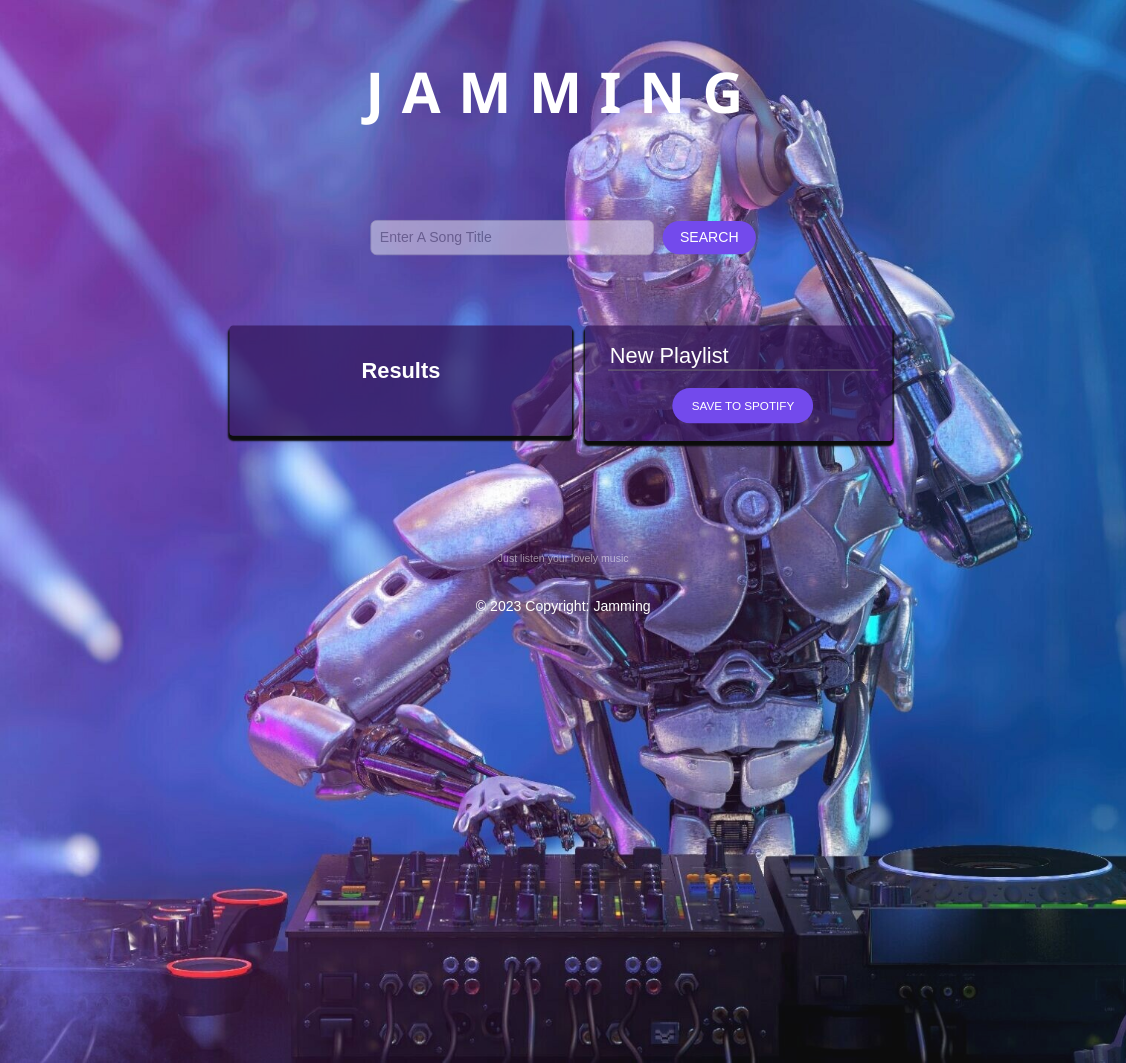
Repository: LolaSL/jamming
Page: /
The author's editor kept a copy of each file at every save. The page is drawn from the files as they stood at one save, then again after the next save.
The browser window is 1280 px wide. The pictures show the whole page, at 88% of full size.
The project was rebuilt for these pictures with package versions that can differ from the ones it lists, and the page was loaded fresh each time. Also part of the build but not shown: src/components/Track/Track.jsx.

Above is the page before, as saved 2023-06-23 19:57:48.

After the next save:
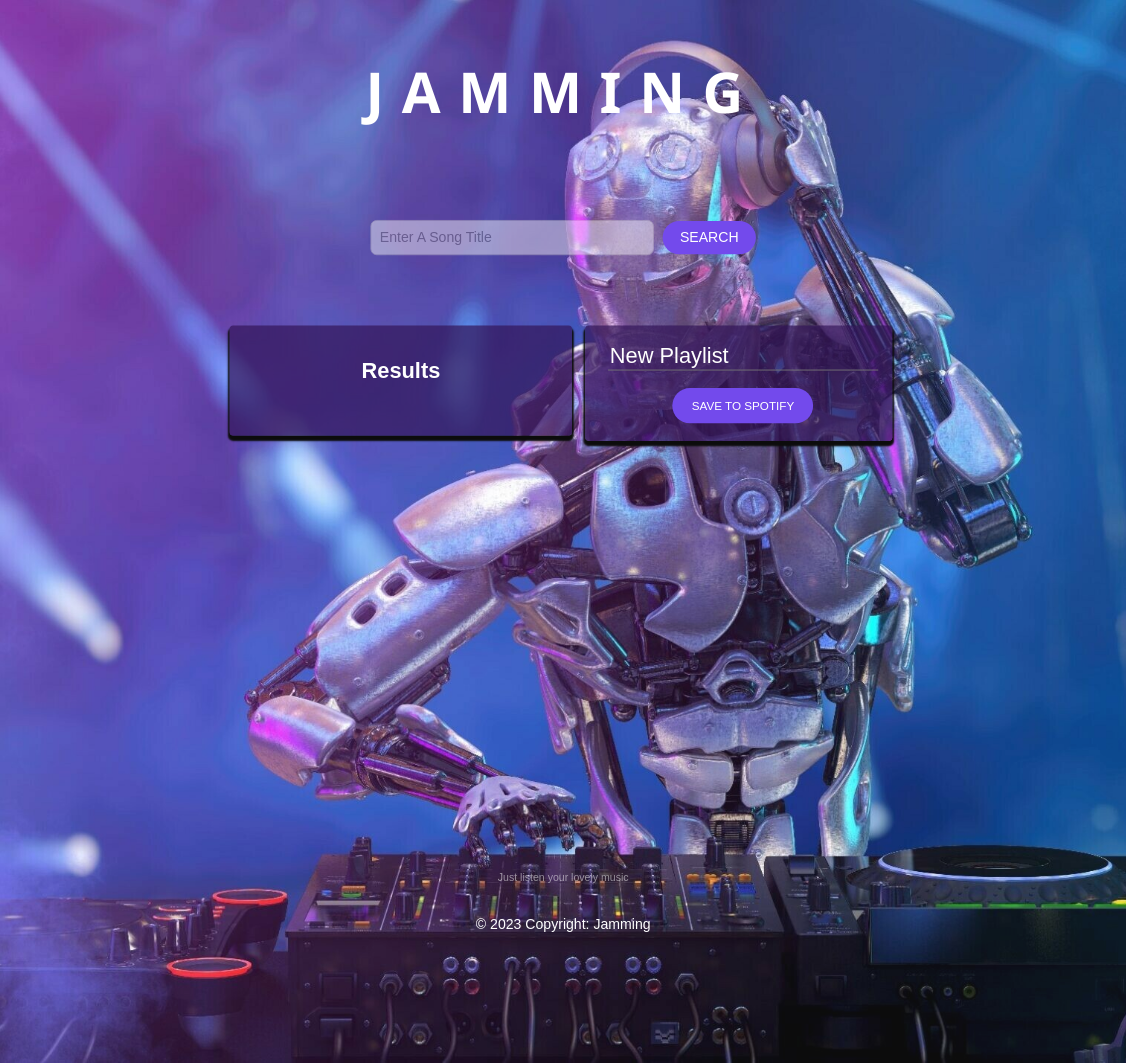
Saved 32 s later.
--- a/src/App/App.css
+++ b/src/App/App.css
@@ -63,7 +63,7 @@ h1 {
   box-shadow: 1px 1px 1px rgba(9, 3, 15, 0.488);
 }
 .footer{
-  position: inherit;
+  margin-top: auto;
 }
 @media (max-width: 800px) {
   /* CSS for App-container */
